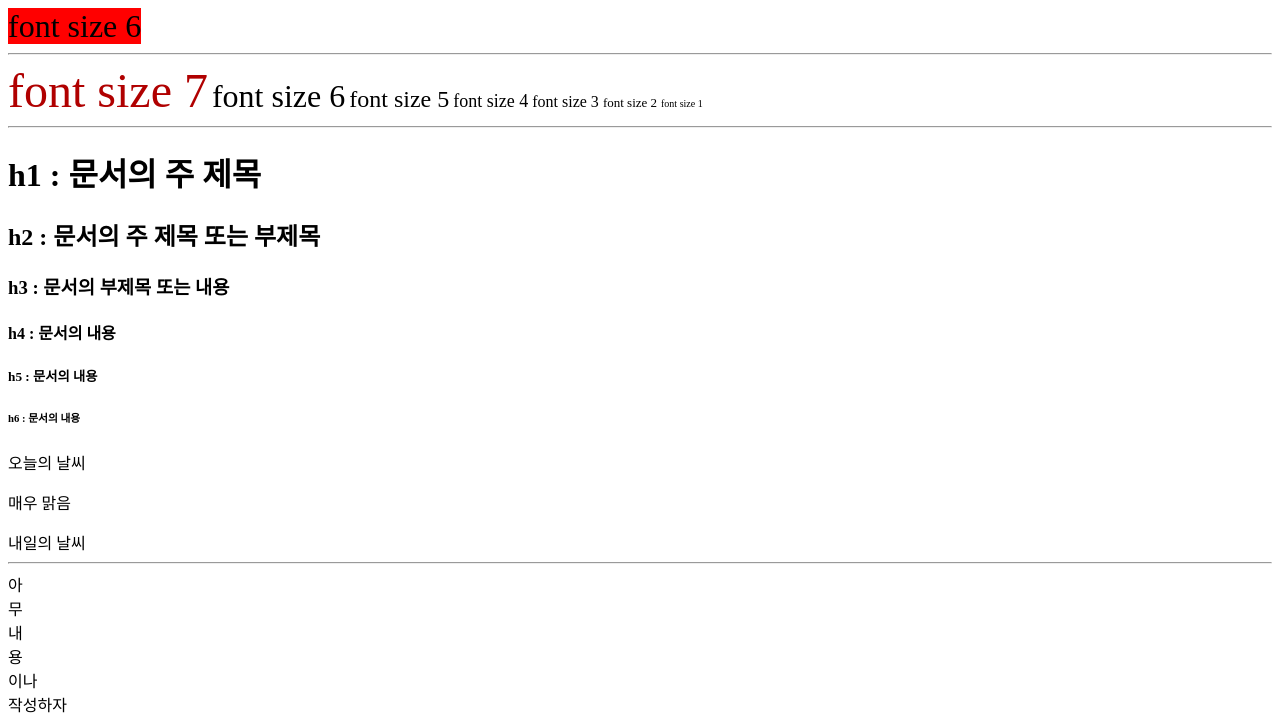
Repository: thswlsqls/JspWorkspace
Page: html/ex01.html
The author's editor kept a copy of each file at every save. The page is drawn from the files as they stood at one save, then again after the next save.
The browser window is 1280 px wide. The pictures show the whole page.

Above is the page before, as saved 2021-04-09 08:05:04.

### html/ex01.html
<!DOCTYPE html>
<html>
<head>
<meta charset="utf-8">
<title>Insert title here</title>
</head>
<!--
<body text="white" bgcolor="black">
 -->
<body>
	<font size="6" style="background-color:red">font size 6</font>
<hr>
	<font size="7" color="blut" face="궁서체">font size 7</font>
	<font size="6">font size 6</font>
	<font size="5">font size 5</font>
	<font size="4">font size 4</font>
	<font size="3">font size 3</font>
	<font size="2">font size 2</font>
	<font size="1">font size 1</font>
<hr>
	<h1>h1 : 문서의 주 제목</h1>
	<h2>h2 : 문서의 주 제목 또는 부제목</h2>
	<h3>h3 : 문서의 부제목 또는 내용</h3>
	<h4>h4 : 문서의 내용</h4>
	<h5>h5 : 문서의 내용</h5>
	<h6>h6 : 문서의 내용</h6>
	오늘의 날씨
	<p>매우 맑음</p>
	내일의 날씨
<hr>
	아<br>무<br>내<br>용<br>
	이나<br>
	작성하자
<!--
	아무내용이나 작성1<br>
	<textarea></textarea>
	아무내용
 -->
</body>
</html>

After the next save:
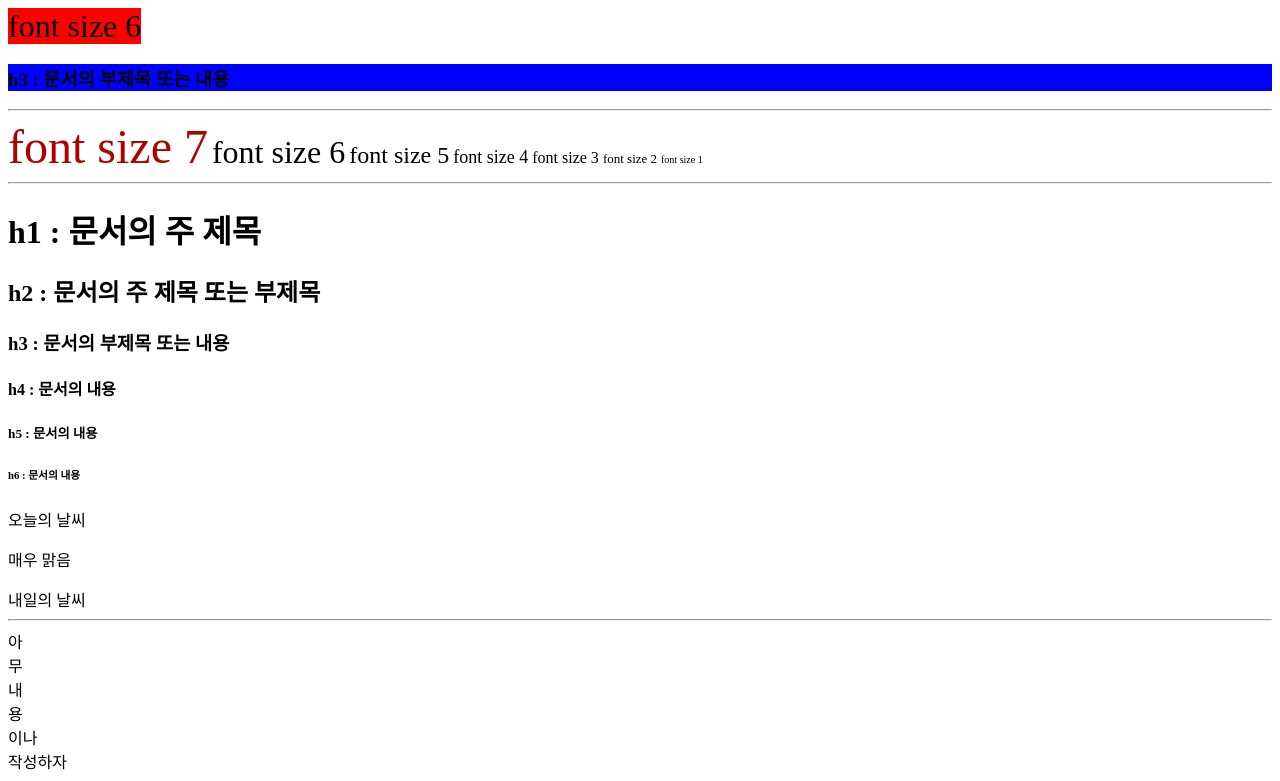
Saved 36 s later.
--- a/html/ex01.html
+++ b/html/ex01.html
@@ -9,6 +9,7 @@
  -->
 <body>
 	<font size="6" style="background-color:red">font size 6</font>
+	<h3 style="background-color:blue">h3 : 문서의 부제목 또는 내용</h3>
 <hr>
 	<font size="7" color="blut" face="궁서체">font size 7</font>
 	<font size="6">font size 6</font>
